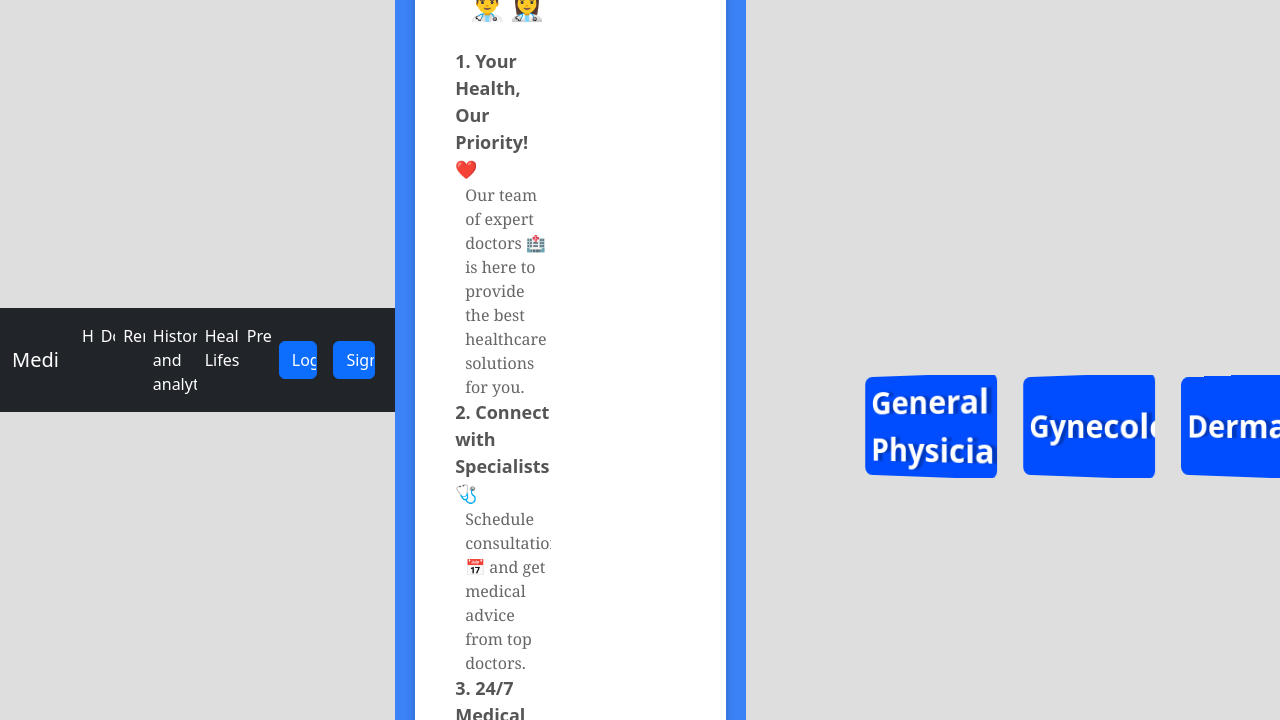
Repository: rahul-chakradhari/PillWise
Page: /doctors (app in frontend/)
The author's editor kept a copy of each file at every save. The page is drawn from the files as they stood at one save, then again after the next save.
The browser window is 1280 px wide. The pictures show the whole page.
The page's requests for data from a server got no answer. The project was rebuilt for these pictures with package versions that can differ from the ones it lists, and the page was loaded fresh each time. No one was signed in, and anything a server would have sent is missing. Also part of the build but not shown: frontend/vite.config.js, frontend/src/components/Home.jsx, frontend/src/components/History.jsx, frontend/src/components/Remainder.jsx, frontend/src/components/Healthy.jsx, frontend/src/components/Prescription.jsx.

Above is the page before, as saved 2025-03-06 18:16:20.

After the next save:
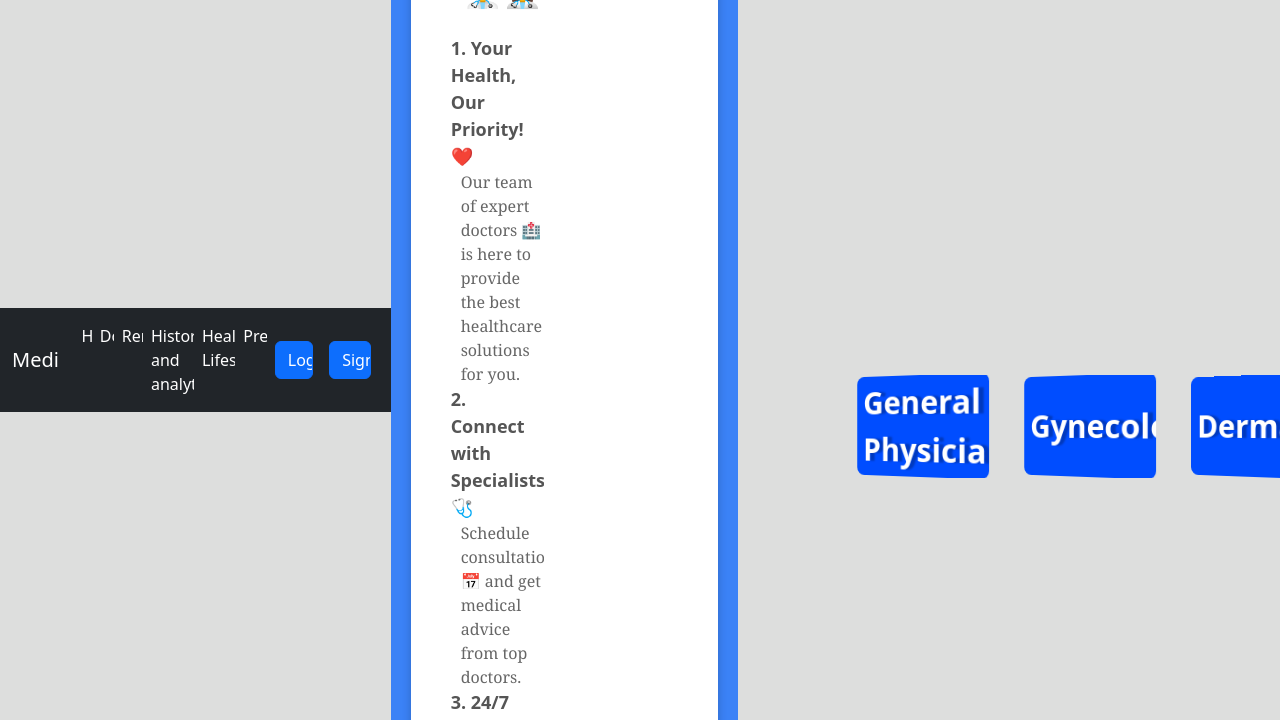
Saved 4 s later.
--- a/frontend/src/components/styles.css
+++ b/frontend/src/components/styles.css
@@ -236,6 +236,6 @@
 .stylish {
   display: flex;
   margin-left: 112px;
-  gap: 18px;
+  gap: 27px;
   margin-top: 12px;
 }
